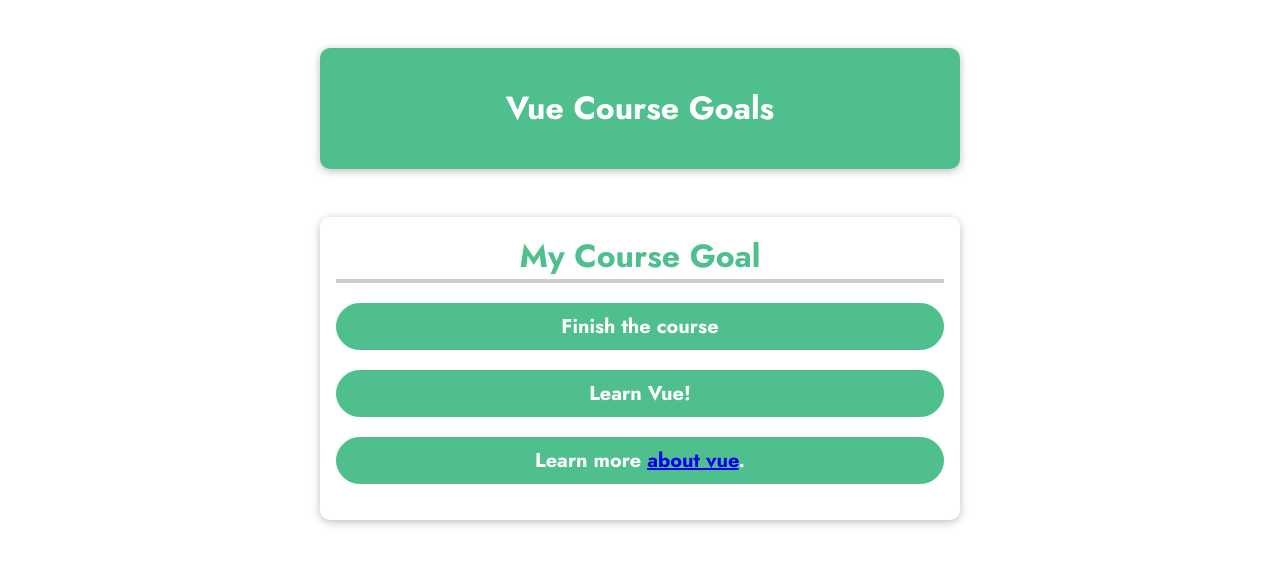
Repository: zmarkoni/Vue-The-Complete-Guide
Page: basics-01-starting-code/index.html
An editor plug-in stored every save of this project. The page is shown before and after a run of saves, followed by the edit.
The browser window is 1280 px wide. The pictures show the whole page.

Above is the page before, as saved 2020-12-29 10:17:39.

### basics-01-starting-code/index.html
<!DOCTYPE html>
<html lang="en">
  <head>
    <meta charset="UTF-8" />
    <meta name="viewport" content="width=device-width, initial-scale=1.0" />
    <title>Vue Basics</title>
    <link
      href="https://fonts.googleapis.com/css2?family=Jost:wght@400;700&display=swap"
      rel="stylesheet"
    />
    <link rel="stylesheet" href="styles.css" />
    <script src="https://unpkg.com/vue@next" defer></script>
    <script src="app.js" defer></script>
  </head>
  <body>
    <header>
      <h1>Vue Course Goals</h1>
    </header>
    <section id="user-goal">
      <h2>My Course Goal</h2>
      <p>{{ courseGoal }}</p>
      <p>{{ outputGoal() }}</p>
      <p>Learn more <a v-bind:href="vueLink" target="_blank">about vue</a>.</p>
    </section>
  </body>
</html>

### basics-01-starting-code/styles.css
* {
  box-sizing: border-box;
}

html {
  font-family: 'Jost', sans-serif;
}

body {
  margin: 0;
}

header {
  box-shadow: 0 2px 8px rgba(0, 0, 0, 0.26);
  margin: 3rem auto;
  border-radius: 10px;
  padding: 1rem;
  background-color: #4fc08d;
  color: white;
  text-align: center;
  width: 90%;
  max-width: 40rem;
}

#user-goal {
  box-shadow: 0 2px 8px rgba(0, 0, 0, 0.26);
  margin: 3rem auto;
  border-radius: 10px;
  padding: 1rem;
  text-align: center;
  width: 90%;
  max-width: 40rem;
}

#user-goal h2 {
  font-size: 2rem;
  border-bottom: 4px solid #ccc;
  color: #4fc08d;
  margin: 0 0 1rem 0;
}

#user-goal p {
  font-size: 1.25rem;
  font-weight: bold;
  border: 1px solid #4fc08d;
  background-color: #4fc08d;
  color: white;
  padding: 0.5rem;
  border-radius: 25px;
}

#user-goal input {
  font: inherit;
  border: 1px solid #ccc;
}

#user-goal input:focus {
  outline: none;
  border-color: #1b995e;
  background-color: #d7fdeb;
}

#user-goal button {
  font: inherit;
  cursor: pointer;
  border: 1px solid #ff0077;
  background-color: #ff0077;
  color: white;
  padding: 0.05rem 1rem;
  box-shadow: 1px 1px 2px rgba(0, 0, 0, 0.26);
}

#user-goal button:hover,
#user-goal button:active {
  background-color: #ec3169;
  border-color: #ec3169;
  box-shadow: 1px 1px 4px rgba(0, 0, 0, 0.26);
}

### basics-01-starting-code/app.js
const app = Vue.createApp({
    data() {
        return {
            courseGoal: 'Finish the course',
            vueLink: 'https://vuejs.org/'
        }
    },
    methods: {
        outputGoal() {
            const randomNumber = Math.random();
            if (randomNumber < 0.5 ) {
                return 'Learn Vue!'
            } else {
                return 'Master vue!'
            }
        }
    }
});
app.mount('#user-goal');

After the next 3 saves:
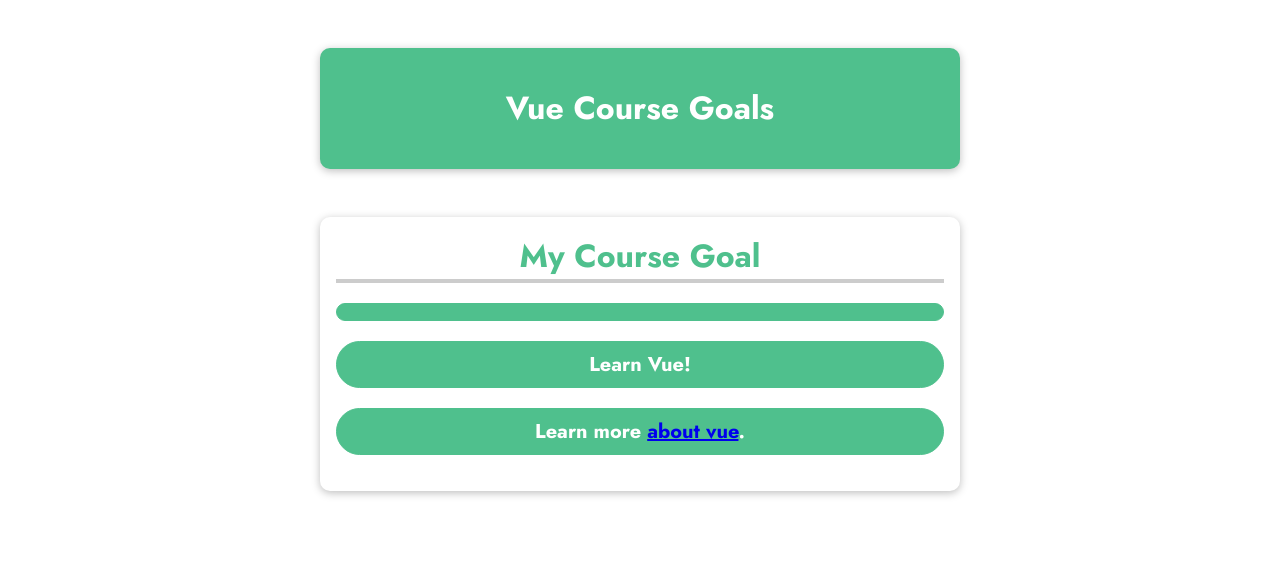
The 3 saves are shown as one change because they came seconds apart.
The last was saved 2 min 50 s later.
--- a/basics-01-starting-code/app.js
+++ b/basics-01-starting-code/app.js
@@ -1,9 +1,10 @@
 const app = Vue.createApp({
     data() {
         return {
-            courseGoal: 'Finish the course',
-            vueLink: 'https://vuejs.org/'
-        }
+			courseGoalA: 'Finish the course',
+			courseGoalB: 'Finish the course',
+			vueLink: 'https://vuejs.org/',
+		};
     },
     methods: {
         outputGoal() {
